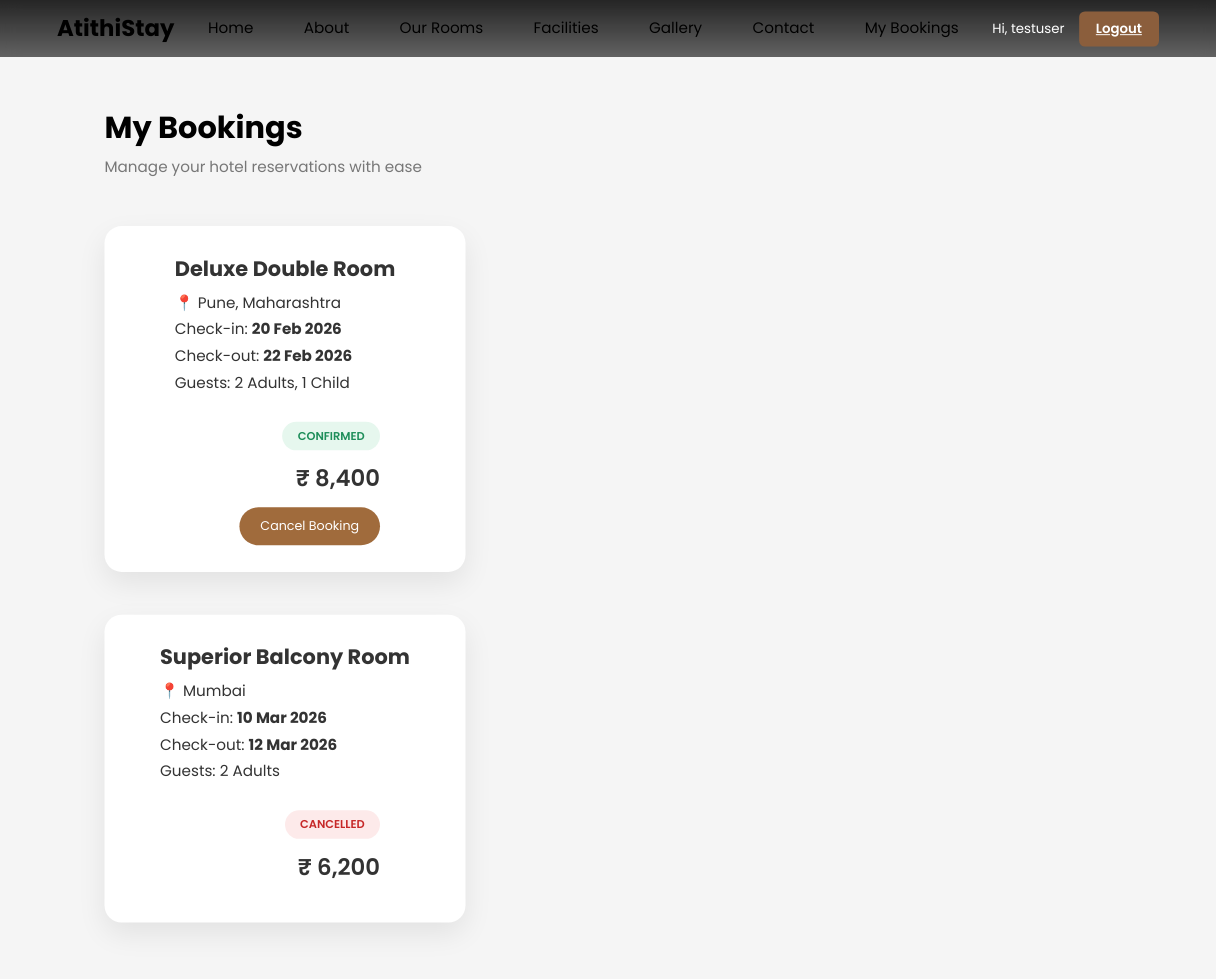
Repository: shraddhasal/HotelManagementSystem
Page: http://localhost/HMS/jsp/user/mybookings.jsp
An editor plug-in stored every save of this project. The page is shown before and after the next save, followed by the edit.
The browser window is 1280 px wide. The pictures show the whole page, at 95% of full size.
The page is served by Tomcat 10. The session is filled in as if someone had signed in: {"userName": "testuser"}. Other server files are loaded and not shown.

Above is the page before, as saved 2026-02-17 12:30:23.

### HMS/src/main/webapp/jsp/user/mybookings.jsp
<%@ page language="java" contentType="text/html; charset=UTF-8"%>
<%
    String userName = (String) session.getAttribute("userName");
    if (userName == null) {
        response.sendRedirect(request.getContextPath() + "/jsp/user/login.jsp");
        return;
    }
%>

<!DOCTYPE html>
<html>
<head>
    <title>My Bookings | AtithiStay</title>

    <link rel="stylesheet" href="<%=request.getContextPath()%>/css/mybookings.css">

    <!-- Poppins -->
    <link href="https://fonts.googleapis.com/css2?family=Poppins:wght@300;400;500;600;700&display=swap"
          rel="stylesheet">
</head>

<body>

<!-- NAVBAR -->
<jsp:include page="/jsp/common/navbar.jsp" />

<!-- PAGE CONTENT -->
<div class="mybookings-page">

    <!-- HEADER -->
    <div class="mybookings-header">
        <h1>My Bookings</h1>
        <p>Manage your hotel reservations with ease</p>
    </div>

    <!-- BOOKINGS LIST -->
    <div class="bookings-list">

        <!-- BOOKING CARD -->
        <div class="booking-card">
            <div class="booking-left">
                <h3>Deluxe Double Room</h3>
                <p class="location">📍 Pune, Maharashtra</p>
                <p>Check-in: <b>20 Feb 2026</b></p>
                <p>Check-out: <b>22 Feb 2026</b></p>
                <p>Guests: 2 Adults, 1 Child</p>
            </div>

            <div class="booking-right">
                <span class="status confirmed">CONFIRMED</span>
                <p class="price">₹ 8,400</p>
                <button class="cancel-btn">Cancel Booking</button>
            </div>
        </div>

        <!-- BOOKING CARD -->
        <div class="booking-card">
            <div class="booking-left">
                <h3>Superior Balcony Room</h3>
                <p class="location">📍 Mumbai</p>
                <p>Check-in: <b>10 Mar 2026</b></p>
                <p>Check-out: <b>12 Mar 2026</b></p>
                <p>Guests: 2 Adults</p>
            </div>

            <div class="booking-right">
                <span class="status cancelled">CANCELLED</span>
                <p class="price">₹ 6,200</p>
            </div>
        </div>

    </div>
</div>

</body>
</html>

### HMS/src/main/webapp/jsp/common/navbar.jsp
<%
    String userName = (String) session.getAttribute("userName");
%>

<nav class="navbar">
    <h2 class="logo"
        onclick="window.location.href='<%=request.getContextPath()%>/home.jsp'">
        AtithiStay
    </h2>

    <ul>
        <li onclick="window.location.href='<%=request.getContextPath()%>/home.jsp'">Home</li>
        <li onclick="window.location.href='<%=request.getContextPath()%>/home.jsp#about'">About</li>
        <li onclick="window.location.href='<%=request.getContextPath()%>/jsp/user/rooms.jsp'">Our Rooms</li>
        <li onclick="window.location.href='<%=request.getContextPath()%>/home.jsp#facilities'">Facilities</li>
        <li onclick="window.location.href='<%=request.getContextPath()%>/home.jsp#gallery'">Gallery</li>
        <li onclick="window.location.href='<%=request.getContextPath()%>/home.jsp#contact'">Contact</li>

        <% if (userName != null) { %>
            <li onclick="window.location.href='<%=request.getContextPath()%>/jsp/user/mybookings.jsp'">
                My Bookings
            </li>
        <% } %>
    </ul>

    <div class="nav-right">
        <% if (userName != null) { %>
            <span class="welcome-text">Hi, <%= userName %></span>
            <a href="<%=request.getContextPath()%>/logout" class="nav-login-btn">
                Logout
            </a>
        <% } else { %>
            <a href="<%=request.getContextPath()%>/jsp/user/login.jsp"
               class="nav-login-btn">
                Login
            </a>
        <% } %>
    </div>
</nav>

### HMS/src/main/webapp/css/mybookings.css
@import url("./home.css");

/* RESET */
* {
  box-sizing: border-box;
}

body {
  font-family: 'Poppins', sans-serif;
  background: #f5f5f5;
  margin: 0;
}

/* PAGE WRAPPER */
.mybookings-page {
  max-width: 1100px;
  margin: 110px auto 60px; /* ✅ PERFECT SPACE BELOW FIXED NAVBAR */
  padding: 0 20px;
}

/* HEADER */
.mybookings-header h1 {
  font-size: 32px;
  margin-bottom: 6px;
}

.mybookings-header p {
  color: #777;
  margin-bottom: 35px;
}

/* LIST – ONE CARD PER ROW */
.bookings-list {
  display: flex;
  flex-direction: column;
  gap: 30px;
}

/* CARD */
.booking-card {
  background: #fff;
  border-radius: 18px;
  padding: 28px 32px;
  display: flex;
  justify-content: space-between;
  align-items: center;
  box-shadow: 0 12px 30px rgba(0,0,0,0.08);
}

/* LEFT */
.booking-left h3 {
  font-size: 22px;
  margin-bottom: 8px;
}

.location {
  color: #a06b3c;
  margin-bottom: 12px;
}

.booking-left p {
  margin: 4px 0;
  color: #333;
}

/* RIGHT */
.booking-right {
  text-align: right;
  min-width: 200px;
}

/* PRICE */
.price {
  font-size: 24px;
  font-weight: 600;
  margin: 12px 0;
}

/* STATUS */
.status {
  padding: 6px 16px;
  border-radius: 20px;
  font-size: 12px;
  font-weight: 600;
  display: inline-block;
}

.confirmed {
  background: #e6f7ee;
  color: #1e8e5a;
}

.cancelled {
  background: #fdeaea;
  color: #c62828;
}

/* BUTTON */
.cancel-btn {
  background: #a06b3c;
  color: #fff;
  border: none;
  padding: 10px 22px;
  border-radius: 22px;
  cursor: pointer;
}

.cancel-btn:hover {
  opacity: 0.9;
}

/* RESPONSIVE */
@media (max-width: 768px) {
  .booking-card {
    flex-direction: column;
    align-items: flex-start;
    gap: 20px;
  }

  .booking-right {
    text-align: left;
  }
}

### HMS/src/main/webapp/css/home.css

* {
  font-family: 'Poppins', sans-serif;
}
html {
  font-size: 16px;
  line-height: 1.5;
  -webkit-text-size-adjust: 100%;
}

body {
  margin: 0;
  padding: 0;
  font-family: Arial, sans-serif;
}

/* Reset */
* {
  margin: 0;
  padding: 0;
  box-sizing: border-box;
}

html, body, #root {
  width: 100%;
}

/* ================= HERO SECTION ================= */
.hero {
  width: 100%;
  height: 82vh;
  background: url("https://images.unsplash.com/photo-1566073771259-6a8506099945")
              no-repeat center center;
  background-size: cover;
  color: white;
  position: relative;
}

/* Dark overlay */
.hero::before {
  content: "";
  position: absolute;
  inset: 0;
  background: rgba(0,0,0,0.5);
}

.hero > * {
  position: relative;
  z-index: 1;
}

/* ================= NAVBAR ================= */
.navbar {
  position: fixed;
  top: 0;
  left: 0;
  width: 100%;
  z-index: 1000;

  display: flex;
  justify-content: space-between;
  align-items: center;
  padding: 10px 60px;

  backdrop-filter: blur(10px);
  background: linear-gradient(
    to bottom,
    rgba(0,0,0,0.85),
    rgba(0,0,0,0.6)
  );
}

/* Navbar links */
.navbar ul {
  list-style: none;
  display: flex;
  gap: 25px;
}

.navbar li {
  padding: 8px 14px;
  border-radius: 6px;
  cursor: pointer;
  transition: 0.3s;
}

.navbar li:hover {
  background: white;
  color: #8b5e3c;
}

/* Login button */
.nav-login-btn {
  background: #8b5e3c;
  color: #fff;
  border: none;
  padding: 8px 18px;
  border-radius: 6px;
  font-size: 14px;
  font-weight: 600;
  cursor: pointer;
}
.nav-right {
  display: flex;
  align-items: center;
  gap: 15px;
  min-width: 140px;   /* 🔥 keeps layout stable */
}

.welcome-text {
  color: white;
  font-size: 14px;
}

/* ================= HERO CONTENT ================= */
.hero-content {
  width: 100%;
  max-width: 1200px;
  margin: 0 auto;
  padding-top: 70px;

  display: flex;
  justify-content: space-between;
  align-items: center;
  gap: 30px;
}

.left {
  width: 45%;
}

.left h1 {
  font-size: 65px;
  margin-bottom: 30px;
  line-height: 1.15;
}

.left p {
  margin-bottom: 35px;
  opacity: 0.9;
}

/* ================= VISIT US BUTTON ================= */

/* ================= VISIT US BUTTON ================= */

.visit-btn {
  background: transparent;
  border: 2px solid #ffffff;
  color: #ffffff;
  padding: 14px 36px;
  border-radius: 30px;
  font-size: 14px;
  font-weight: 600;
  letter-spacing: 0.5px;
  cursor: pointer;
  transition: all 0.35s ease;
  margin-top: 10px;
}


/* Hover effect */
.visit-btn:hover {
  background: #8b5e3c;
  border-color: #8b5e3c;
  color: #fff;
  transform: translateY(-3px);
  box-shadow: 0 10px 25px rgba(139, 94, 60, 0.35);
}

/* ================= BOOKING CARD ================= */
.booking-card {
  width: 380px;
  background: #ffffff;
  color: #333;
  padding: 25px;
  border-radius: 6px;
  margin-top: 15px;
  display: flex;
  flex-direction: column;
  gap: 25px;
  box-shadow: 0 8px 25px rgba(0,0,0,0.25);

}
.booking-card .field input[type="text"] {
  padding: 10px;
  border-radius: 4px;
  border: 1px solid #ddd;
  font-size: 14px;
   height: 42px;
}

/* Heading */
.booking-card h2 {
  text-align: left;
  margin-bottom: 12px;
}

/* Row layout */
.date-row {
  display: flex;
  gap: 10px;
}

.row {
  display: flex;
  gap: 10px;
}
.booking-card .field {
  margin-bottom: 10px;   /* adds space between fields */
}

.booking-card h2 {
  margin-bottom: 22px;   /* space under Book A Room heading */
}

/* Field */
.field {
  display: flex;
  flex-direction: column;
  flex: 1;
}

.field label {
  font-size: 13px;
  margin-bottom: 5px;
  color: #444;
}
.booking-card .field label {
  margin-bottom: 4px;    /* tighten label-input gap */
  font-size: 13px;
}

/* Inputs */
.field input,
.field select {
  padding: 10px;
  border-radius: 4px;      /* 🔥 almost square */
  border: 1px solid #ddd;
  font-size: 14px;
  outline: none;
}

/* Button */
.check-btn {
  background: #8b5e3c;
  color: white;
  padding: 12px;
  border: none;
  cursor: pointer;
  border-radius: 4px;
  font-weight: bold;
  transition: 0.3s;
}

.check-btn:hover {
  background: #6f472d;
}

/* ================= ROOMS SECTION ================= */

.rooms {
  background: #f5f0ea;
  padding: 90px 80px;
  text-align: center;
  padding: 40px 80px 80px;
  margin-top: 0;
}

/* heading */
.rooms-tag {
  color: #8b5e3c;
  font-size: 13px;
  letter-spacing: 2px;
  text-transform: uppercase;
}

.rooms-heading {
  font-size: 42px;
  margin: 10px 0 15px;
  font-weight: 700;
  color: #2b2b2b;
}

.rooms-subtext {
  max-width: 720px;
  margin: 0 auto 60px;
  color: #777;
  font-size: 14px;
  line-height: 1.7;
}

/* GRID */
.lux-rooms-grid {
  display: grid;
  grid-template-columns: repeat(3, 1fr);
  gap: 32px;
}

/* CARD */
.lux-room-card {
  position: relative;
  height: 380px;
  border-radius: 22px;
  overflow: hidden;
  box-shadow: 0 18px 40px rgba(0,0,0,0.18);
  cursor: pointer;
}

/* IMAGE */
.lux-room-card img {
  width: 100%;
  height: 100%;
  object-fit: cover;
  transition: transform 0.6s ease;
}

/* OVERLAY */
.lux-overlay {
  position: absolute;
  inset: 0;
  background: linear-gradient(
    to top,
    rgba(0,0,0,0.75),
    rgba(0,0,0,0.25)
  );
  display: flex;
  flex-direction: column;
  justify-content: flex-end;
  align-items: center;
  padding: 30px;
  text-align: center;
  color: #fff;
}

/* TEXT */
.lux-overlay h3 {
  font-size: 22px;
  font-weight: 600;
  margin-bottom: 6px;
}

.lux-overlay p {
  font-size: 15px;
  margin-bottom: 16px;
}

/* BUTTON */
.lux-overlay button {
  background: #8b5e3c;
  color: #fff;
  border: none;
  padding: 10px 24px;
  border-radius: 25px;
  font-size: 14px;
  font-weight: 600;
  cursor: pointer;
  opacity: 1;
  transition: all 0.3s ease;
}

.lux-overlay button:hover {
  background: #6f472d;
}

/* HOVER EFFECT */
.lux-room-card:hover img {
  transform: scale(1.1);
}

/* RESPONSIVE */
@media (max-width: 1024px) {
  .lux-rooms-grid {
    grid-template-columns: repeat(2, 1fr);
  }
}

@media (max-width: 640px) {
  .lux-rooms-grid {
    grid-template-columns: 1fr;
  }
}

/* ================= VIEW ALL ROOMS BUTTON ================= */

.view-all-wrapper {
  margin-top: 50px;
  display: flex;
  justify-content: center;
}

/* BUTTON */
.view-all-btn {
  background: #8b5e3c;                /* brown fill */
  color: #fff;
  border: none;
  padding: 14px 38px;
  border-radius: 999px;               /* pill shape */
  font-size: 14px;
  font-weight: 600;
  letter-spacing: 0.4px;
  cursor: pointer;

  /* BLUE GLOW RING */
  box-shadow:
    0 0 0 3px rgba(88, 151, 255, 0.6),
    0 10px 25px rgba(139, 94, 60, 0.35);

  transition: all 0.35s ease;
}

/* HOVER */
.view-all-btn:hover {
  background: #6f472d;
  transform: translateY(-3px);

  box-shadow:
    0 0 0 4px rgba(88, 151, 255, 0.85),
    0 14px 35px rgba(139, 94, 60, 0.45);
}

/* ACTIVE (CLICK) */
.view-all-btn:active {
  transform: translateY(0);
}



/* ================= EXPLORE ================= */
/* EXPLORE SECTION FINAL UI  */
/* ========================= */

.explore {
  background:#ffffff;
  padding: 100px 80px;
  text-align: center;
   margin-top: -60px;
   padding-top: 40px;
}

/* small heading */
.explore-tag {
  color: #8b5e3c;        /* brown luxury color */
  font-size: 16px;       /* increased size */
  font-weight: 700;      /* bold */
  letter-spacing: 4px;   /* spacing between letters */
  text-transform: uppercase;
  margin-bottom: 12px;
}
.explore-tag::after {
  content: "";
  display: block;
  width: 40px;
  height: 2px;
  background: #8b5e3c;
  margin: 8px auto 0;
}


/* main heading */
.explore-heading {
  font-size: 44px;
  margin: 10px 0 15px;
  font-weight: 700;
  color: #2b2b2b;
}

/* paragraph */
.explore-subtext {
  max-width: 720px;
  margin: 0 auto 60px;
  color: #777;
  font-size: 14px;
  line-height: 1.7;
}

/* GRID LAYOUT */
.explore-grid {
  display: grid;
  grid-template-columns: repeat(3, 280px); /* 👈 fixed smaller width */
  justify-content: center;                 /* center all cards */
  gap: 30px;
}

/* CARD */
.explore-card {
  background: #f5f0ea;;
  padding: 45px 30px;
  border-radius: 6px;
  border: 1px solid #eee;
  height: 230px;              /* 👈 increased height */
  width: 280px;               /* 👈 fixed width (square look) */
  transition: all 0.35s ease;
  position: relative;
}


/* ICON */
.explore-icon {
  font-size: 34px;       /* 🔥 bigger icon */
  color: #8b5e3c;
  margin-bottom: 20px;
}

/* TITLE */
.explore-card h3 {
  font-size: 18px;
  margin-bottom: 10px;
  font-weight: 600;
  color: #222;
}

/* TEXT */
.explore-card p {
  font-size: 13px;
  color: #777;
  margin-bottom: 12px;
  line-height: 1.6;
}

/* LINK */
.explore-card a {
  font-size: 13px;
  color: #8b5e3c;
  text-decoration: none;
  font-weight: 500;
}

/* ⭐ PREMIUM HOVER EFFECT */
.explore-card:hover {
  transform: translateY(-10px);
  box-shadow: 0 20px 40px rgba(0,0,0,0.08);
  border-color: #e5d6c6;
}

/* RESPONSIVE */
@media (max-width: 900px) {
  .explore-grid {
    grid-template-columns: 1fr;
  }
}

/* ================= TESTIMONIALS ================= */

.testimonials {
  background: #f5f0ea;   /* 🔥 different soft background */
  text-align: center;
  padding: 40px 80px 80px;
  margin-top: 0;
}

/* small heading */
.test-tag {
  color: #8b5e3c;
  font-size: 13px;
  letter-spacing: 2px;
  text-transform: uppercase;
}

/* main heading */
.test-heading {
  font-size: 40px;
  margin: 10px 0 50px;
  font-weight: 700;
  color: #2b2b2b;
}

/* GRID */
.test-grid {
  display: grid;
  grid-template-columns: repeat(3, 320px);
  justify-content: center;
  gap: 30px;
}

/* CARD */
.test-card {
  background: #ffffff;
  padding: 30px 25px;
  border-radius: 8px;
  box-shadow: 0 8px 20px rgba(0,0,0,0.06);
  transition: 0.3s;
  text-align: center;
}

/* USER IMAGE */
.test-card img {
  width: 70px;
  height: 70px;
  border-radius: 50%;
  margin-bottom: 15px;
}

/* TEXT */
.test-card p {
  font-size: 14px;
  color: #666;
  line-height: 1.6;
  margin-bottom: 15px;
}

/* NAME */
.test-card h4 {
  font-size: 16px;
  color: #222;
  margin-bottom: 5px;
}

/* ROLE */
.test-card span {
  font-size: 13px;
  color: #8b5e3c;
}

/* HOVER */
.test-card:hover {
  transform: translateY(-8px);
  box-shadow: 0 15px 35px rgba(0,0,0,0.1);
}


/* ================= GALLERY ================= */

.gallery {
  background: #ffffff;   /* different from testimonials */
  padding: 90px 80px;
  text-align: center;
  margin-top: -60px;
   padding-top: 40px;
}

/* small tag */
.gallery-tag {
  color: #8b5e3c;
  font-size: 13px;
  letter-spacing: 2px;
  text-transform: uppercase;
}

/* main heading */
.gallery-heading {
  font-size: 40px;
  margin: 10px 0 50px;
  font-weight: 700;
  color: #2b2b2b;
}

/* GRID */
.gallery-grid {
  display: grid;
  grid-template-columns: repeat(3, 320px);
  justify-content: center;
  gap: 25px;
}

/* IMAGE CARD */
.gallery-item {
  position: relative;
  overflow: hidden;
  border-radius: 6px;
  cursor: pointer;
}

/* IMAGE */
.gallery-item img {
  width: 100%;
  height: 220px;
  object-fit: cover;
  transition: transform 0.5s ease;
}

/* HOVER ZOOM */
.gallery-item:hover img {
  transform: scale(1.1);
}

/* OVERLAY */
.overlay {
  position: absolute;
  inset: 0;
  background: rgba(0,0,0,0.45);
  color: white;
  font-size: 16px;
  font-weight: 500;
  display: flex;
  justify-content: center;
  align-items: center;
  opacity: 0;
  transition: 0.4s;
}

/* SHOW OVERLAY ON HOVER */
.gallery-item:hover .overlay {
  opacity: 1;
}

/* ================= ABOUT SECTION ================= */

.about {
  background: #f5f0ea; /* different from explore */
  padding: 90px 80px;
}

/* layout */
.about-container {
  max-width: 1100px;      /* control total width */
  margin: 0 auto;         /* 🔥 center whole section */

  display: flex;
  align-items: center;    /* vertical center */
  justify-content: center;/* horizontal center */

  gap: 60px;
}

/* LEFT IMAGE GRID */
.about-images {
  display: grid;
  grid-template-columns: repeat(2, 200px);
  grid-template-rows: repeat(2, 150px);
  gap: 15px;
  justify-content: center;  /* 🔥 center image block */
}


.about-images img {
  width: 100%;
  height: 100%;
  object-fit: cover;
  border-radius: 6px;
}

/* RIGHT CONTENT */
.about-content {
  max-width: 450px;
}


/* tag */
.about-tag {
  color: #8b5e3c;
  font-size: 14px;
  letter-spacing: 2px;
  text-transform: uppercase;
}

/* heading */
.about-content h2 {
  font-size: 40px;
  margin: 10px 0 20px;
  color: #222;
}

/* paragraph */
.about-content p {
  color: #666;
  font-size: 15px;
  line-height: 1.7;
  margin-bottom: 15px;
}

/* button */
.about-btn {
  background: #8b5e3c;
  color: white;
  border: none;
  padding: 12px 25px;
  cursor: pointer;
  margin-top: 10px;
  transition: 0.3s;
}

.about-btn:hover {
  background: #6f472d;
}


/* ================= FOOTER ================= */

.footer {
  background: #1b1b1b;
  color: #ccc;
  padding-top: 70px;
}

/* Container */
.footer-container {
  display: grid;
  grid-template-columns: repeat(4, 1fr);
  gap: 40px;
  padding: 0 80px 50px;
}

/* Logo */
.footer-logo {
  color: #fff;
  font-size: 26px;
  margin-bottom: 15px;
}

/* Headings */
.footer-col h3 {
  color: #fff;
  margin-bottom: 15px;
}

/* Text */
.footer-col p {
  font-size: 14px;
  line-height: 1.6;
  color: #bbb;
}

/* Links */
.footer-col ul {
  list-style: none;
  padding: 0;
}

.footer-col li {
  margin-bottom: 10px;
  cursor: pointer;
  transition: 0.3s;
}

.footer-col li:hover {
  color: #c8a97e;
}

/* Subscribe */
.subscribe-box {
  display: flex;
  margin-top: 10px;
}

.subscribe-box input {
  padding: 10px;
  border: none;
  outline: none;
  flex: 1;
  font-size: 13px;
}

.subscribe-box button {
  background: #c8a97e;
  border: none;
  padding: 10px 15px;
  color: #fff;
  cursor: pointer;
  transition: 0.3s;
}

.subscribe-box button:hover {
  background: #a8825e;
}

/* Social icons */
.social-icons {
  margin-top: 15px;
  display: flex;
  gap: 12px;
  font-size: 18px;
}

.social-icons span {
  cursor: pointer;
  transition: 0.3s;
}

.social-icons span:hover {
  color: #c8a97e;
}

/* Bottom bar */
.footer-bottom {
  text-align: center;
  padding: 15px;
  background: #111;
  font-size: 13px;
  color: #888;
}

After the next save:
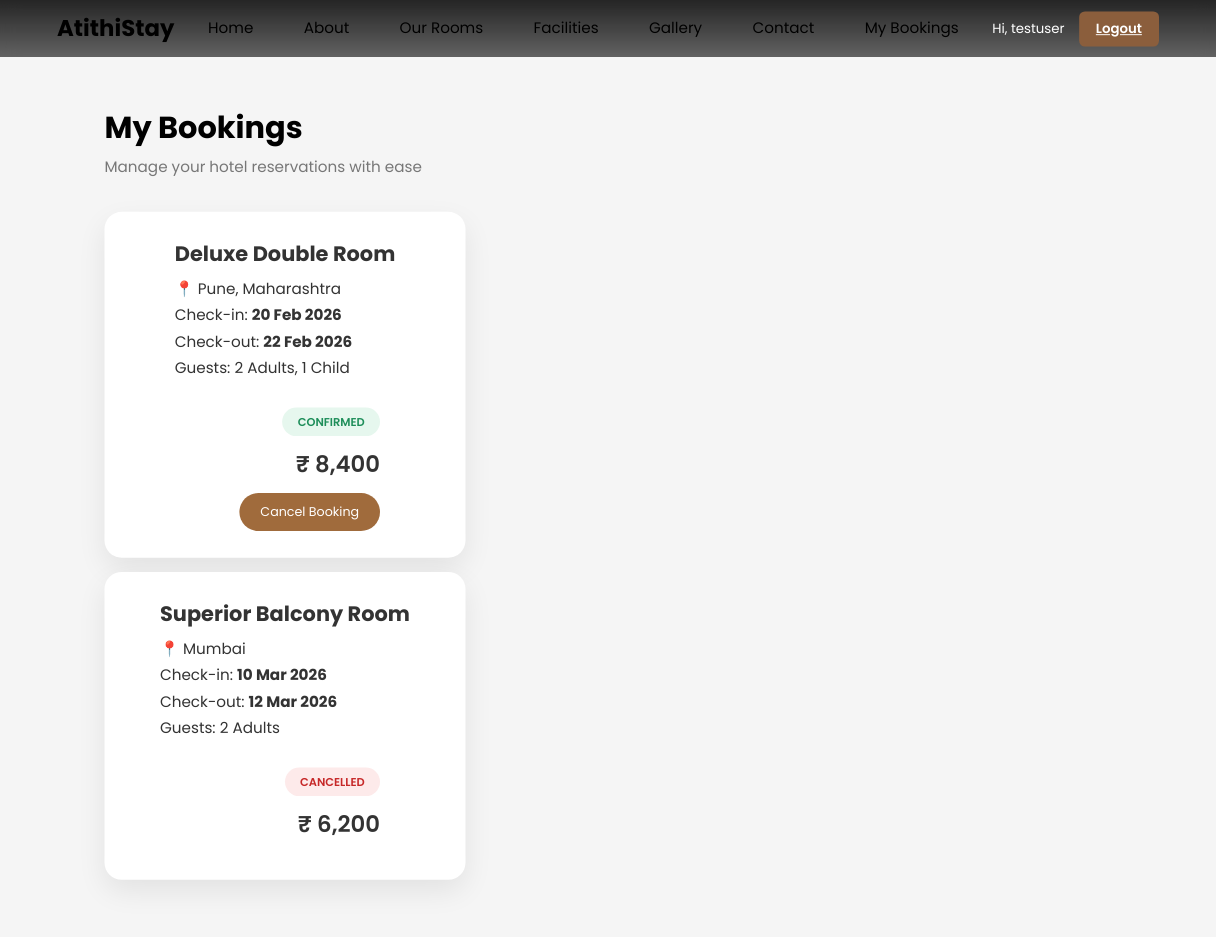
Saved 10 min 7 s later.
--- a/HMS/src/main/webapp/jsp/user/mybookings.jsp
+++ b/HMS/src/main/webapp/jsp/user/mybookings.jsp
@@ -21,23 +21,20 @@
 
 <body>
 
-<!-- NAVBAR -->
 <jsp:include page="/jsp/common/navbar.jsp" />
 
-<!-- PAGE CONTENT -->
 <div class="mybookings-page">
 
-    <!-- HEADER -->
     <div class="mybookings-header">
         <h1>My Bookings</h1>
         <p>Manage your hotel reservations with ease</p>
     </div>
 
-    <!-- BOOKINGS LIST -->
-    <div class="bookings-list">
+    <div class="bookings-container">
 
-        <!-- BOOKING CARD -->
+        <!-- BOOKING -->
         <div class="booking-card">
+
             <div class="booking-left">
                 <h3>Deluxe Double Room</h3>
                 <p class="location">📍 Pune, Maharashtra</p>
@@ -48,13 +45,15 @@
 
             <div class="booking-right">
                 <span class="status confirmed">CONFIRMED</span>
-                <p class="price">₹ 8,400</p>
+                <div class="price">₹ 8,400</div>
                 <button class="cancel-btn">Cancel Booking</button>
             </div>
+
         </div>
 
-        <!-- BOOKING CARD -->
+        <!-- BOOKING -->
         <div class="booking-card">
+
             <div class="booking-left">
                 <h3>Superior Balcony Room</h3>
                 <p class="location">📍 Mumbai</p>
@@ -65,8 +64,9 @@
 
             <div class="booking-right">
                 <span class="status cancelled">CANCELLED</span>
-                <p class="price">₹ 6,200</p>
+                <div class="price">₹ 6,200</div>
             </div>
+
         </div>
 
     </div>
